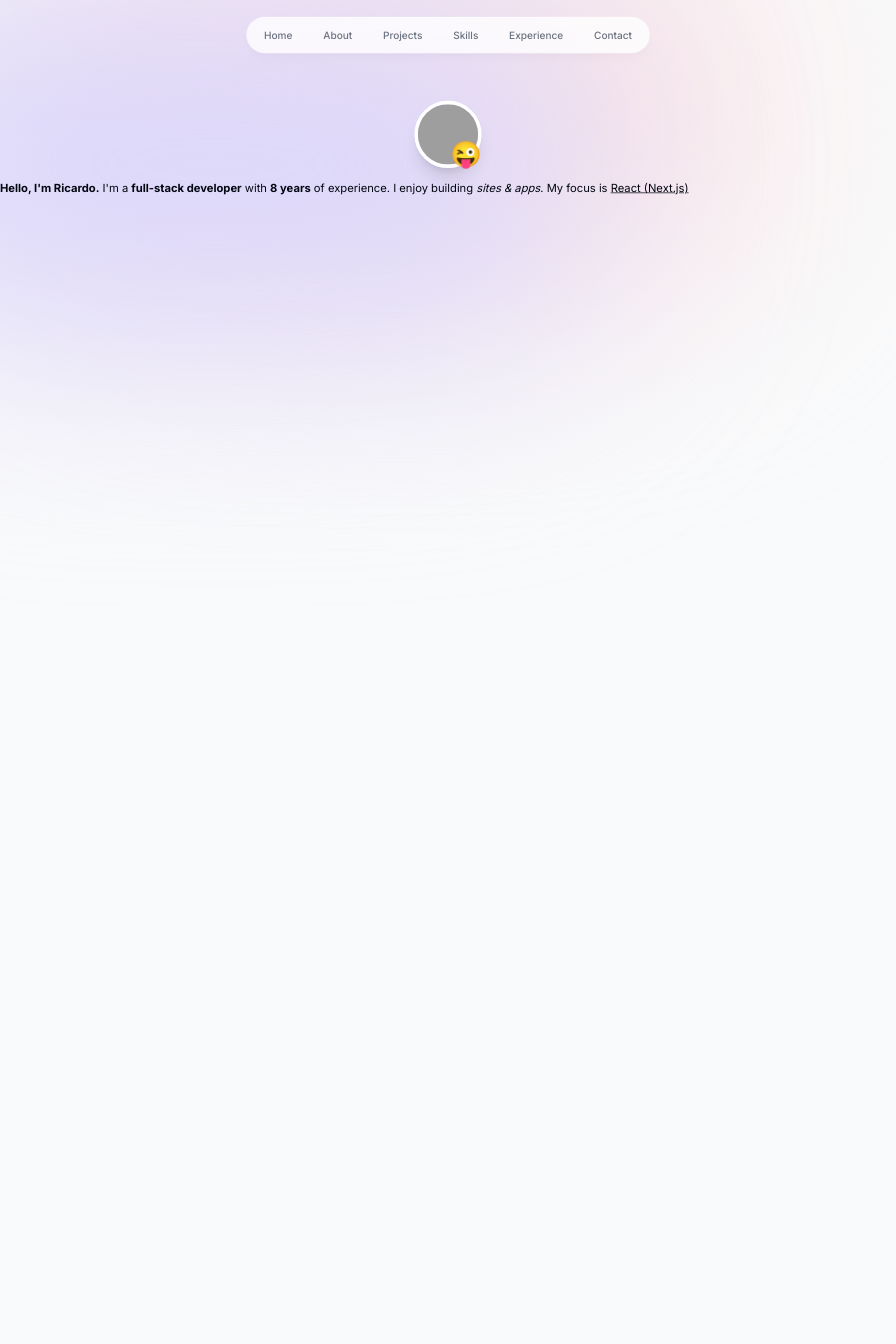
Repository: YUKIKAZE-nanoda/personal-protfolio
Page: /
These files come from the project's save history. The page is drawn as it stood at one moment and after the next save; the edit follows.
The browser window is 1280 px wide. The pictures show the part of the page from y = 0 to 1920 px (the page is 5000 px tall), at 70% of full size.
Pictures or frames that could not be fetched are drawn as grey boxes. The project was rebuilt for these pictures with package versions that can differ from the ones it lists, and the page was loaded fresh each time. The framework's server and built-in components were replaced by stand-ins that run in the browser. Also part of the build but not shown: next.config.js.

Above is the page before, as saved 2023-09-19 15:43:11.

After the next save:
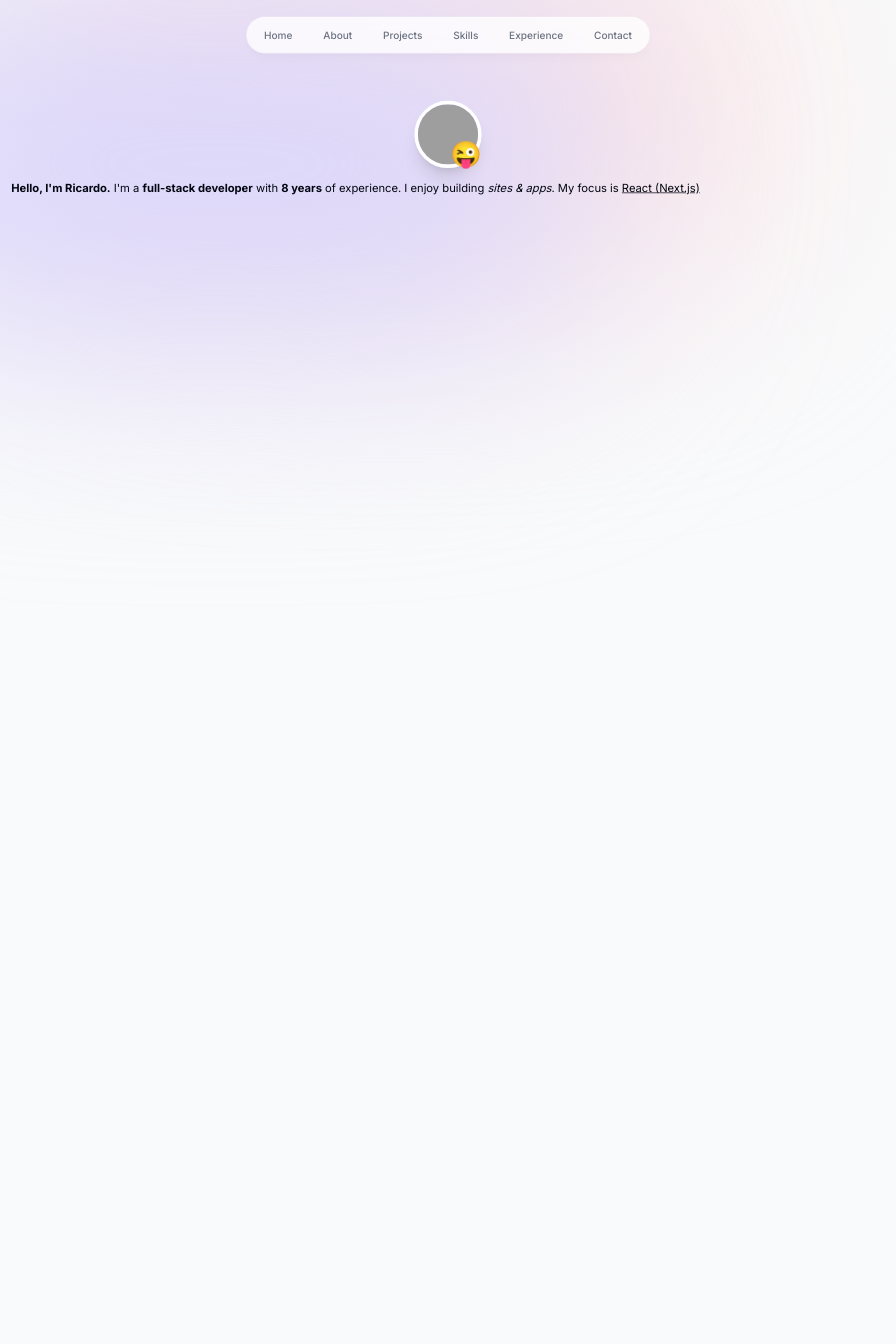
Saved 5 s later.
--- a/components/intro.tsx
+++ b/components/intro.tsx
@@ -35,7 +35,7 @@ export default function Intro() {
           </motion.span>
         </div>
       </div>
-      <p className='mb-10 mt-4 '>
+      <p className='mb-10 mt-4 px-4 '>
         <span className="font-bold">Hello, I'm Ricardo.</span> I'm a{" "}
         <span className="font-bold">full-stack developer</span> with{" "}
         <span className="font-bold">8 years</span> of experience. I enjoy
